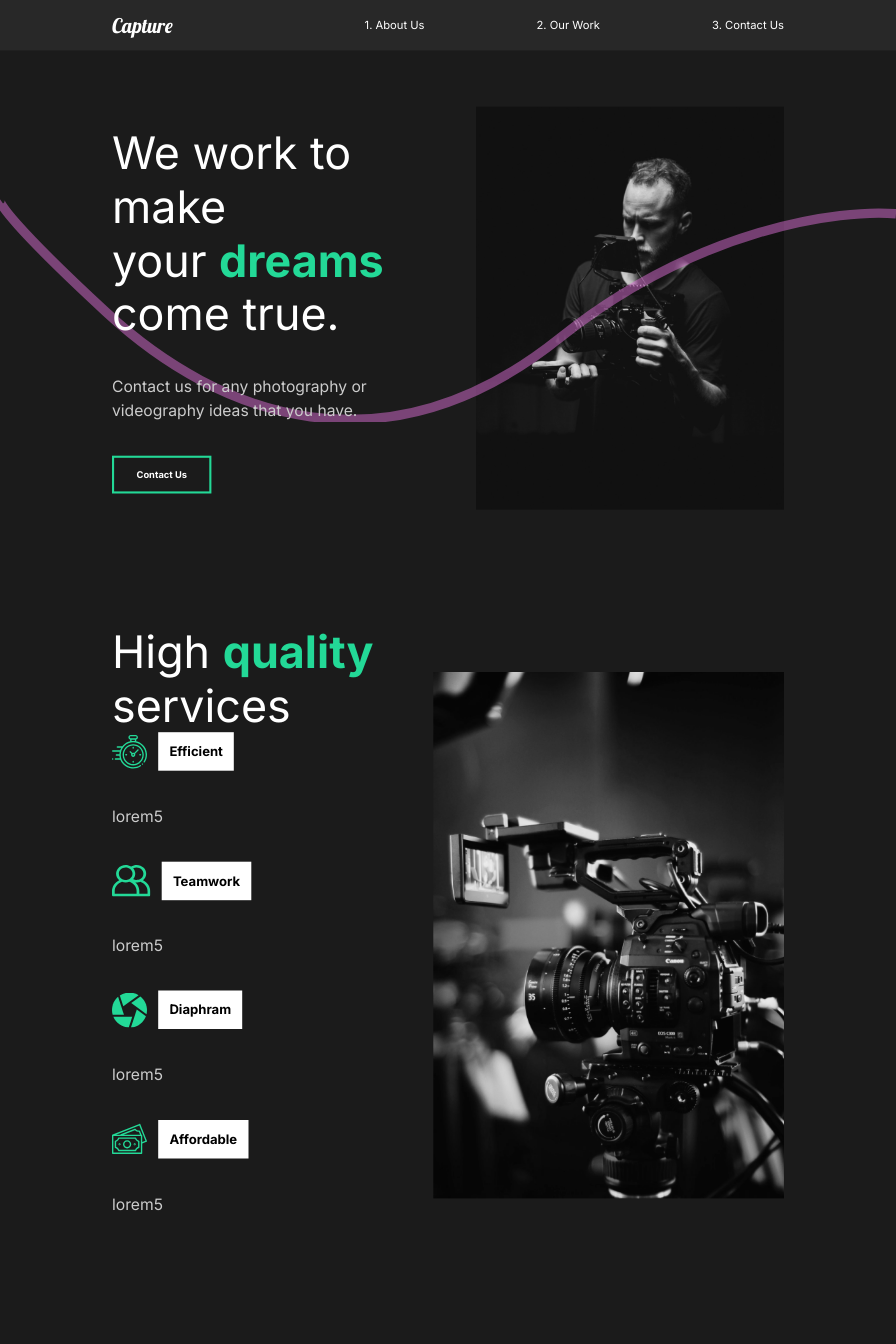
Repository: programmingwithlevi/capture
Page: /
An editor plug-in stored every save of this project. The page is shown before and after the next save, followed by the edit.
The browser window is 1280 px wide. The pictures show the part of the page from y = 0 to 1920 px (the page is 4236 px tall), at 70% of full size.
The project was rebuilt for these pictures with package versions that can differ from the ones it lists, and the page was loaded fresh each time. Also part of the build but not shown: src/pages/ContactUs.js, src/pages/OurWork.js, src/movieState.js, src/pages/movieDetail.js.

Above is the page before, as saved 2021-12-10 15:06:41.

### public/index.html
<!DOCTYPE html>
<html lang="en">
  <head>
    <meta charset="utf-8" />
    <link rel="icon" href="%PUBLIC_URL%/favicon.ico" />
    <meta name="viewport" content="width=device-width, initial-scale=1" />
    <meta name="theme-color" content="#000000" />
    <meta
      name="description"
      content="Web site created using create-react-app"
    />
    <link rel="preconnect" href="https://fonts.googleapis.com">
<link rel="preconnect" href="https://fonts.gstatic.com" crossorigin>
<link href="https://fonts.googleapis.com/css2?family=Inter:wght@400;700&family=Lato:wght@400;700&display=swap" rel="stylesheet">
<link rel="preconnect" href="https://fonts.googleapis.com">
<link rel="preconnect" href="https://fonts.gstatic.com" crossorigin>
<link href="https://fonts.googleapis.com/css2?family=Inter:wght@400;700&family=Lato:wght@400;700&family=Lobster&display=swap" rel="stylesheet">
    <link rel="apple-touch-icon" href="%PUBLIC_URL%/logo192.png" />
    <!--
      manifest.json provides metadata used when your web app is installed on a
      user's mobile device or desktop. See https://developers.google.com/web/fundamentals/web-app-manifest/
    -->
    <link rel="manifest" href="%PUBLIC_URL%/manifest.json" />
    <!--
      Notice the use of %PUBLIC_URL% in the tags above.
      It will be replaced with the URL of the `public` folder during the build.
      Only files inside the `public` folder can be referenced from the HTML.

      Unlike "/favicon.ico" or "favicon.ico", "%PUBLIC_URL%/favicon.ico" will
      work correctly both with client-side routing and a non-root public URL.
      Learn how to configure a non-root public URL by running `npm run build`.
    -->
    <title>Capture</title>
  </head>
  <body>
    <noscript>You need to enable JavaScript to run this app.</noscript>
    <div id="root"></div>
    <!--
      This HTML file is a template.
      If you open it directly in the browser, you will see an empty page.

      You can add webfonts, meta tags, or analytics to this file.
      The build step will place the bundled scripts into the <body> tag.

      To begin the development, run `npm start` or `yarn start`.
      To create a production bundle, use `npm run build` or `yarn build`.
    -->
  </body>
</html>

### src/index.js
import React from 'react';
import ReactDOM from 'react-dom';

import App from './App';
import reportWebVitals from './reportWebVitals';
import {BrowserRouter} from 'react-router-dom';

ReactDOM.render(
  <React.StrictMode>
    <BrowserRouter>
    <App />
    </BrowserRouter>
  </React.StrictMode>,
  document.getElementById('root')
);

// If you want to start measuring performance in your app, pass a function
// to log results (for example: reportWebVitals(console.log))
// or send to an analytics endpoint. Learn more: https://bit.ly/CRA-vitals
reportWebVitals();

### src/App.js
import React from "react";
//import pages
import AboutUs from '../src/pages/AboutUs';
import GlobalStyle from "./components/GlobalStyle";
import ContactUs from "./pages/ContactUs";
import OurWork from "./pages/OurWork";
import Nav from "./components/Nav";
import MovieDetail from "./pages/MovieDetail";

//router
import {Route,Switch,useLocation} from "react-router-dom";
//animaitom
import {AnimatePresence} from "framer-motion";

function App() {
  const location = useLocation();
  return  (
    <div className="App">

        <GlobalStyle />

        <Nav />
        <AnimatePresence exitBeforeEnter>
        <Switch location={location} key={location.pathname}>
          <Route path="/"  exact>
            <AboutUs />
          </Route>
          <Route path="/work" exact>
            <OurWork />
          </Route>
          <Route path="/work/:id">
            <MovieDetail />
          </Route>
          <Route path="/contact">
            <ContactUs />
          </Route>


        </Switch>
        </AnimatePresence>
    </div>
  );
}

export default App;

### src/pages/AboutUs.js
import React from 'react';
//Page Components
import AboutSection from '../components/AboutSection';
import ServicesSection from '../components/ServicesSection';
import FaqSection from '../components/FaqSection';
//animaiton
import {motion} from "framer-motion";
import {pageAnimation} from '../animations';

const AboutUs = () => {
    return (
   <motion.div
        exit="exit"
        variants={pageAnimation}
        initial="hidden"
        animate="show"
    >
        <AboutSection />
        <ServicesSection />
        <FaqSection />
    </motion.div>
    );

}

export default AboutUs;

### src/components/GlobalStyle.js
import {createGlobalStyle} from 'styled-components';

const GlobalStyle = createGlobalStyle`
*{
   margin: 0;
   padding: 0;
   box-sizing: border-box
}
body{
    background: #1b1b1b;
    font-family: 'Inter', sans-serif;
}
button{
    font-weight: bold;
    font-size: 1.1.rem;
    padding: 1rem 2rem;
    border: 3px solid #23d997;
    background: transparent;
    color: white;
    transition: all 0.5s ease;
    font-family: 'Inter', sans-serif;
    &:hover{
        background-color:  #23d997;
        color: white;
    }

}
h2{
       font-weight: lighter;
       font-size: 4rem;
    }
    h3{
        color: white;
    }
    h4{
        font-weight: bold;
        color: #23d997;
    }
    a{
        font-size: 1.1.rem;
    }
    span{
        font-weight: bold;
        color: #23d997;
    }
    p{
        padding: 3rem 0rem;
        color: #ccc;
        font-size: 1.4rem;
        line-height: 150%;
    }
`;
export default GlobalStyle;

### src/components/Nav.js
import React from 'react';
import styled from 'styled-components';
import {Link} from 'react-router-dom';

const Nav = () => {
    return(
        <StyledNav>
            <h1><Link id="logo" to="/">Capture</Link></h1>
            <ul>
                <li>
                    <Link to="/">1. About Us</Link>
                </li>
                <li>
                    <Link to="/work">2. Our Work</Link>
                </li>
                <li>
                    <Link to="/contact">3. Contact Us</Link>
                </li>
            </ul>
        </StyledNav>
    )
}

const StyledNav = styled.nav`
    min-height: 10vh;
    display: flex;
    margin: auto;
    justify-content: space-between;
    align-items: center;
    padding: 1rem 10rem;
    background: #282828;
    a{
        color: white;
        text-decoration: none;
    }
    ul{
        display: flex;
        list-style: none;
    }
    #logo{
        font-size: 1.8rem;
        font-family: 'Lobster', cursive;
        font-weight: lighter;
    }
    li{
        padding-left: 10rem;
        position: relative;
    }
`;

export default Nav;

### src/components/AboutSection.js
import React from 'react';
import home1 from '../img/home1.png';
import {About,Description,Image,Hide } from '../styles';
//Framer Motion
import {motion} from "framer-motion";
import {titleAnim,fade,photoAnim} from '../animations';
import Wave from './Wave';

const AboutSection = () => {

    return (
        <About>
            <Description>
                <motion.div variants={titleAnim}>
                    <div className="hide">
                        <motion.h2>We work to make</motion.h2>
                    </div>
                    <Hide>
                        <motion.h2>your <span>dreams</span> </motion.h2>
                    </Hide>
                    <Hide>
                        <motion.h2 variants={titleAnim}>come true.</motion.h2>
                    </Hide>
                </motion.div>
                <motion.p variants={fade}>Contact us for any photography or videography ideas that you have. </motion.p>
                <motion.button>Contact Us</motion.button>
            </Description>
            <Image>
                <motion.img variants={photoAnim} src={home1} alt="camera guy"/>

            </Image>
            <Wave />
        </About>
    )
}
//styled components


export default AboutSection;

### src/components/ServicesSection.js
import React from 'react';
//Import Icons
import clock from '../img/clock.svg';
import diaphram from '../img/diaphram.svg';
import money from '../img/money.svg';
import teamwork from '../img/teamwork.svg';
import home2 from '../img/home2.png';
//styles
import {About,Description,Image} from "../styles";
import styled from "styled-components";

const ServicesSection = () => {
    return(
        <About>
            <div className="description">
                <h2>High <span>quality</span> services</h2>
                <Cards>
                    <Card>
                        <div className="icon">
                            <img alt="icon" src={clock} />
                            <h3>Efficient</h3>
                        </div>
                        <p>lorem5 </p>
                    </Card>
                    <Card>
                        <div className="icon">
                            <img alt="icon" src={teamwork} />
                            <h3>Teamwork</h3>
                        </div>
                        <p>lorem5 </p>
                    </Card>
                    <Card>
                        <div className="icon">
                            <img alt="icon" src={diaphram} />
                            <h3>Diaphram</h3>
                        </div>
                        <p>lorem5 </p>
                    </Card>
                    <Card>
                        <div className="icon">
                            <img alt="icon" src={money} />
                            <h3>Affordable</h3>
                        </div>
                        <p>lorem5 </p>
                    </Card>
                </Cards>
            </div>
        <div className="image">
            <img alt="camera" src={home2} />

        </div>
        </About>
    )
}

const Services = styled(About)`
h2{
    padding-bottom: 5rem;
}
p{
    width: 70%;
    padding: 2rem 0rem 4rem 0rem;
}
`;
const Cards = styled.div`
display: flex;
flex-wrap: wrap;
`;
const Card = styled.div`
    flex-basis: 15rem;
    .icon {
        display: flex;
        align-items: center;
        h3 {
            margin-left: 1rem;
            background: white;
            color: black;
            padding: 1rem;
        }
    }
`;

export default ServicesSection;

### src/components/FaqSection.js
import React from 'react';
import styled from 'styled-components';
import {About} from '../styles';

const FaqSection = () => {
    return(
        <Faq>
            <h2>Any Questions? <span>FAQ</span></h2>
            <div className="question">
                <h4>How do I start?</h4>
                <div className="answer">
                   <p>asdfefdvasdav esdvs asdf as df</p>
                    <p>a asdf evvt tgagr fadee ddfaef</p>
                </div>
                <div className="faq-line"></div>
            </div>
            <div className="question">
                <h4>Daily Schedule</h4>
                <div className="answer">
                   <p>asdfefdvasdav esdvs asdf as df</p>
                    <p>a asdf evvt tgagr fadee ddfaef</p>
                </div>
                <div className="faq-line"></div>
            </div>
            <div className="question">
                <h4>Differenct payment methods</h4>
                <div className="answer">
                   <p>asdfefdvasdav esdvs asdf as df</p>
                    <p>a asdf evvt tgagr fadee ddfaef</p>
                </div>
                <div className="faq-line"></div>
            </div>
            <div className="question">
                <h4>What products do you offer?</h4>
                <div className="answer">
                   <p>asdfefdvasdav esdvs asdf as df</p>
                    <p>a asdf evvt tgagr fadee ddfaef</p>
                </div>
                <div className="faq-line"></div>
            </div>
        </Faq>
    )
}

const Faq = styled(About)`
    display: block;
    span{
        display: block;
    }
    h2{
        padding-bottom: 2rem;
        font-weight: lighter;
    }
    .faq-line{
        background: #cccccc;
        height: 0.2rem;
        margin: 2rem 0rem;
        width: 100%;
    }
    .question{
        padding: 3rem 0rem;
        cursor: pointer;
    }
    .answer{
        padding: 2rem 0rem;
        p{
            padding: 1rem 0 rem;
        }
    }
`;

export default FaqSection;

### src/animations.js
import { withTheme } from "styled-components";

export const pageAnimation ={
    hidden: {
        opacity: 0,
        y: 300,

    },
    show: {
        opacity: 1,
        y: 0,
        transition: {
            duration: 1,
            when: "beforeChildren",
            staggerChildren: 0.25,
        },
    },
    exit: {
        opacity: 0,
        y: 300,
        transition: {
            duration: 0.5,
        },
    }
}
export const titleAnim = {
    hidden: {y: 200},
    show: {
        y:0,
        transition: {duration: 0.75, ease: "easeOut"},
    }
}
export const fade = {
    hidden: {opacity: 0},
    show: {
        opacity: 1,
        transition: {ease: "easeOut", duration: 0.75},
    }
}
export const photoAnim = {
    hidden: {scale: 1.5, opacity: 0},
    show: {
        scale: 1,
        opacity: 1,
        transition: 'easeOut',
        duration: 0.75,
    }
}

### src/styles.js
import styled from "styled-components";

export const About = styled.div`
    min-height: 90vh;
    display: flex;
    align-items: center;
    justify-content: space-between;
    padding: 5rem 10rem;
    color: white;
   //position: center;
    top: 10%;

`;
export const Description = styled.div`
    flex: 1;
    padding-right: 5rem;
    z-index: 2;
    h2{
        font-weight: lighter;
    }
`

export const Image = styled.div`
    flex: 1;
    overflow: hidden;
    img{
        width: 100%;
        height: 80vh;
        object-fit: cover;
    }

`
export const Hide = styled.div`
    overflow: hidden;
    `

### src/components/Wave.js
import React from "react";
import styled from "styled-components";
import {motion} from "framer-motion";

const Wave = () => {
    return(
    <WaveSvg viewBox="0 0 1440 363" fill="none" xmlns="http://www.w3.org/2000/svg">
<path d="M1440 27.4774C1352.73 19.8184 1122.41 49.0556 899.331 227.276C620.48 450.052 354.282 355.647 170.328 185.318C23.165 49.0556 -4.21721 8.32998 0.487081 5" stroke="#D96ED4" strokeOpacity="0.5" strokeWidth="15"/>
</WaveSvg>);


};

const WaveSvg = styled.svg`
    position: absolute;
    left: 0;
    z-index: 1;
`;
export default Wave;

Loaded but not shown: src/reportWebVitals.js (common file)

After the next save:
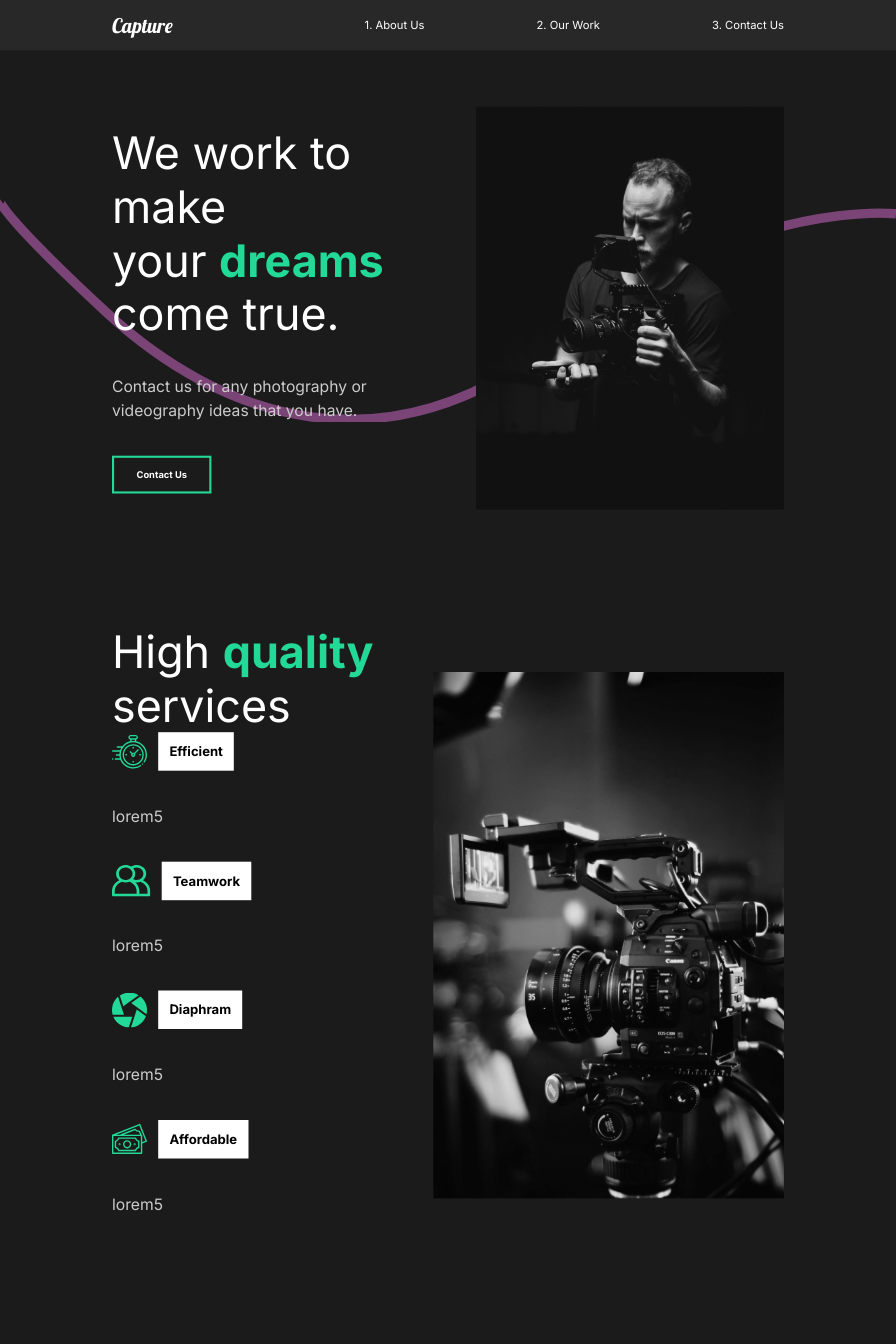
Saved 26 s later.
--- a/src/styles.js
+++ b/src/styles.js
@@ -22,6 +22,7 @@ export const Description = styled.div`
 
 export const Image = styled.div`
     flex: 1;
+    z-index: 2;
     overflow: hidden;
     img{
         width: 100%;
